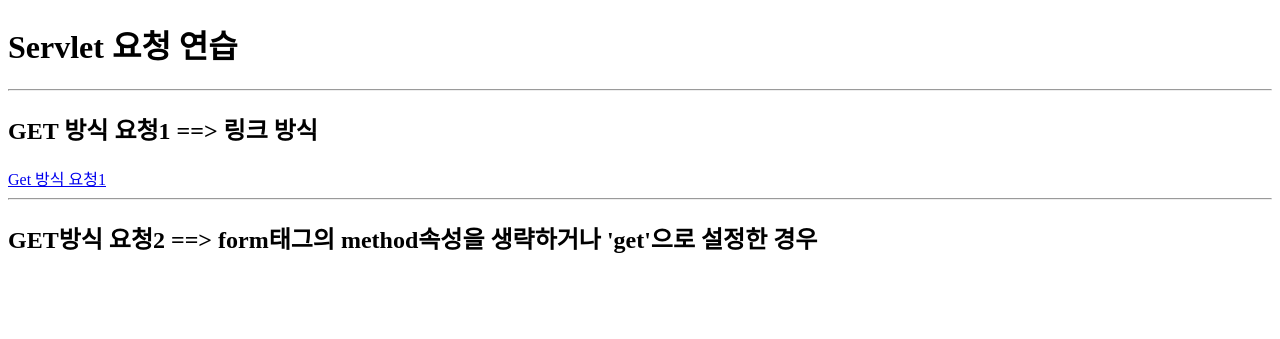
Repository: larlarru/HighJava_study2
Page: servletTest/WebContent/01/doBasicServlet.html
An editor plug-in stored every save of this project. The page is shown before and after the next save, followed by the edit.
The browser window is 1280 px wide. The pictures show the whole page.

Above is the page before, as saved 2020-11-25 07:46:36.

After the next save:
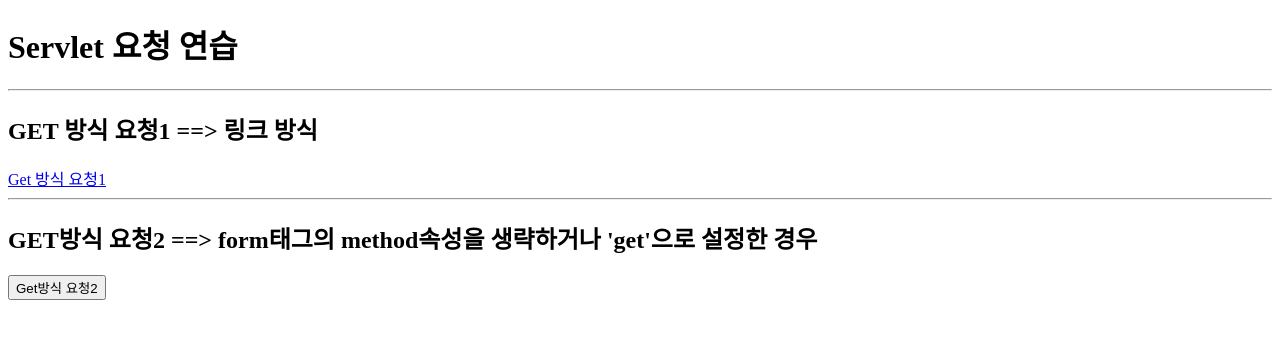
Saved 36 s later.
--- a/servletTest/WebContent/01/doBasicServlet.html
+++ b/servletTest/WebContent/01/doBasicServlet.html
@@ -14,7 +14,9 @@
 	<hr>
 
 	<h2>GET방식 요청2 ==> form태그의 method속성을 생략하거나 'get'으로 설정한 경우</h2>
-	<a href="http://localhost/servletTest/servletTest03.do" method=""></a>
+	<form href="http://localhost/servletTest/servletTest03.do" method="">
+		<input type="submit" value="Get방식 요청2">
+	</form>
 
 </body>
 </html>
